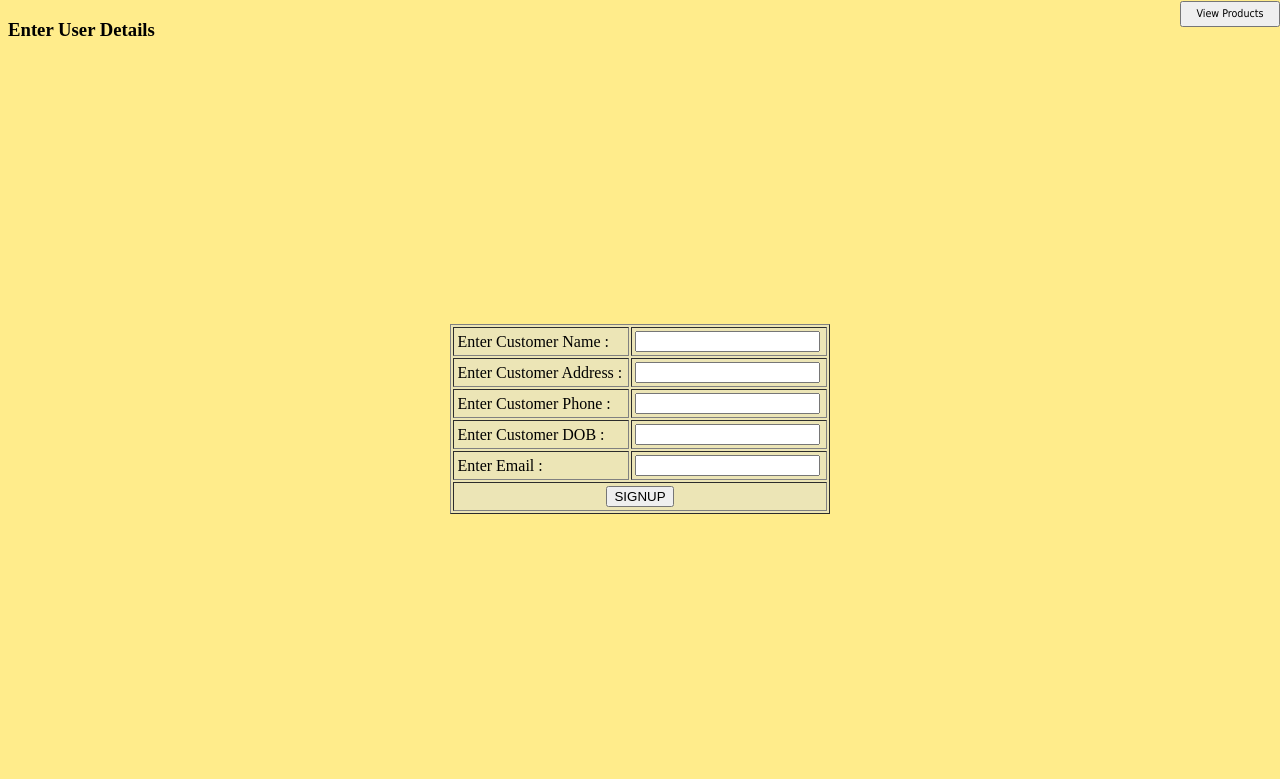
Repository: ankitasha/HomeProject
Page: http://localhost/insurance/WEB-INF/views/addcustomer.jsp
These files come from the project's save history. The page is drawn as it stood at one moment and after the next save; the edit follows.
The browser window is 1280 px wide. The pictures show the whole page.
The page is served by Tomcat 9. Nobody is signed in. Other server files are loaded and not shown. The template is opened directly, without the code that normally fills it, so the values that code supplies are empty.

Above is the page before, as saved 2017-05-03 08:36:23.

### insurance/src/main/webapp/WEB-INF/views/addcustomer.jsp
<%@ page language="java" contentType="text/html; charset=ISO-8859-1"
    pageEncoding="ISO-8859-1"%>
<!DOCTYPE html PUBLIC "-//W3C//DTD HTML 4.01 Transitional//EN" "http://www.w3.org/TR/html4/loose.dtd">
<html>
<head>
<meta http-equiv="Content-Type" content="text/html; charset=ISO-8859-1">
<title>Sign Up</title>
<style type="text/css">

#button {
     line-height: 12px;
     padding:5px;
     width: 100px;
     font-size: 8pt;
     font-family: tahoma;
     margin-top: 1px;
     margin-right: 0px;
     position:absolute;
     top:0;
     right:0;
 }

 #menu {
     line-height: 12px;
     padding:5px;
     width: 100px;
     font-size: 8pt;
     font-family: tahoma;
     margin-top: 1px;
     margin-right: 120px;
     position:absolute;
     top:0;
     right:0;
 }

   html, body {
    height: 100%;
  }
  #tableContainer-1 {
    height: 100%;
    width: 100%;
    display: table;
  }
  #tableContainer-2 {
    vertical-align: middle;
    display: table-cell;
    height: 100%;
  }
  #myTable {
    margin: 0 auto;
  }
</style>
</head>
<h3>Enter User Details</h3>
<body style="background-color: #FFEC8B">
	  <div id="tableContainer-1">
  	    <div id="tableContainer-2">
          <form method="post" action="addcustomer">
             <center>
               <table id="myTable" border="1" width="30%" cellpadding="3" style="background-color: #ECE5B6;" WIDTH="30%">

                    <tr>
                        <td> Enter Customer Name : </td><td><input name="name"  /> </td>
                    </tr>
                    <tr>
                        <td> Enter Customer Address : </td><td> <input name="address" /> </td>
                    </tr>
                    <tr>
                        <td> Enter Customer Phone : </td><td> <input name="phone" /> </td>
                    </tr>
                    <tr>
                        <td> Enter Customer DOB : </td><td> <input name="dob" /> </td>
                    </tr>
                    <tr>
                        <td> Enter Email : </td><td> <input name="email" /> </td>
                    </tr>
                    <tr>
                      <td colspan="2" align="center"><input type="submit" value="SIGNUP" /></td>
                    </tr>
              </table>
            </center>
        </form>
        <form method="get" action="homepage">
   			 <button id="button" type="submit">View Products</button>
		</form>
</body>
</html>

After the next save:
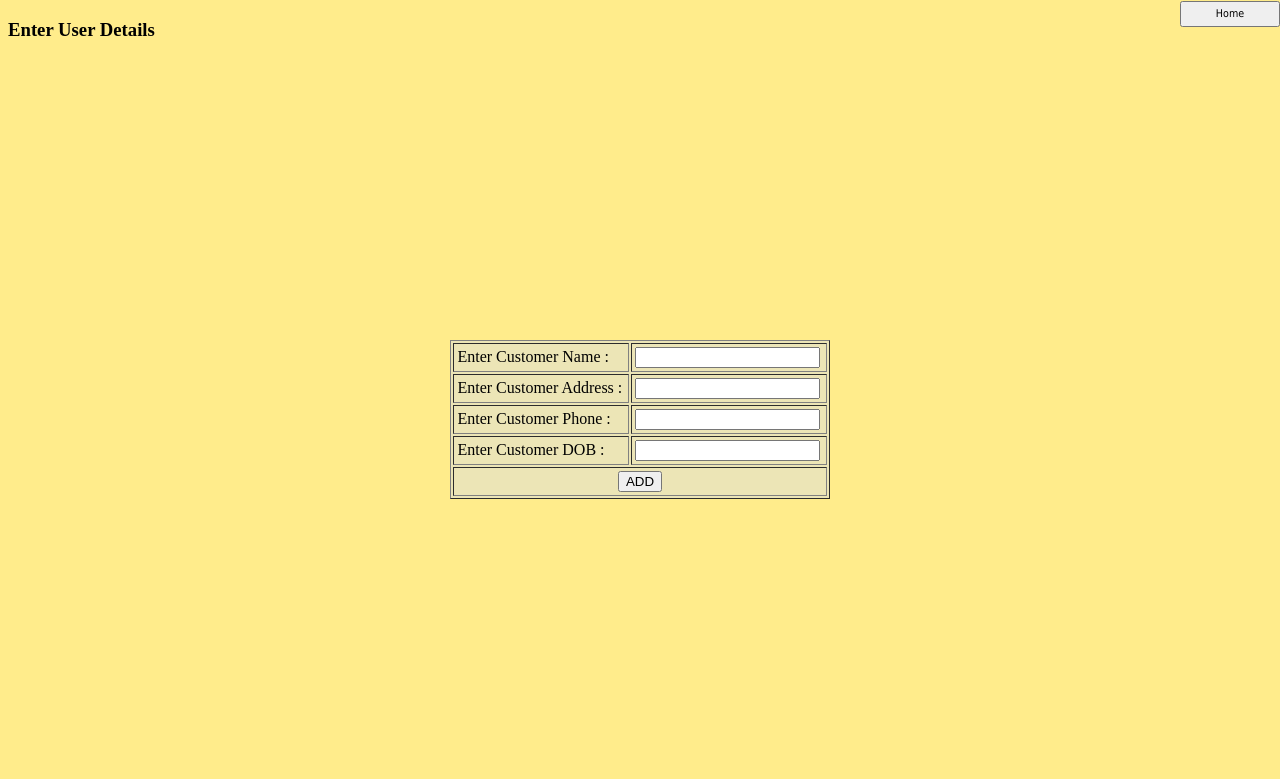
Saved 62 s later.
--- a/insurance/src/main/webapp/WEB-INF/views/addcustomer.jsp
+++ b/insurance/src/main/webapp/WEB-INF/views/addcustomer.jsp
@@ -72,16 +72,13 @@
                         <td> Enter Customer DOB : </td><td> <input name="dob" /> </td>
                     </tr>
                     <tr>
-                        <td> Enter Email : </td><td> <input name="email" /> </td>
-                    </tr>
-                    <tr>
-                      <td colspan="2" align="center"><input type="submit" value="SIGNUP" /></td>
+                      <td colspan="2" align="center"><input type="submit" value="ADD" /></td>
                     </tr>
               </table>
             </center>
         </form>
         <form method="get" action="homepage">
-   			 <button id="button" type="submit">View Products</button>
+   			 <button id="button" type="submit">Home</button>
 		</form>
 </body>
 </html>
